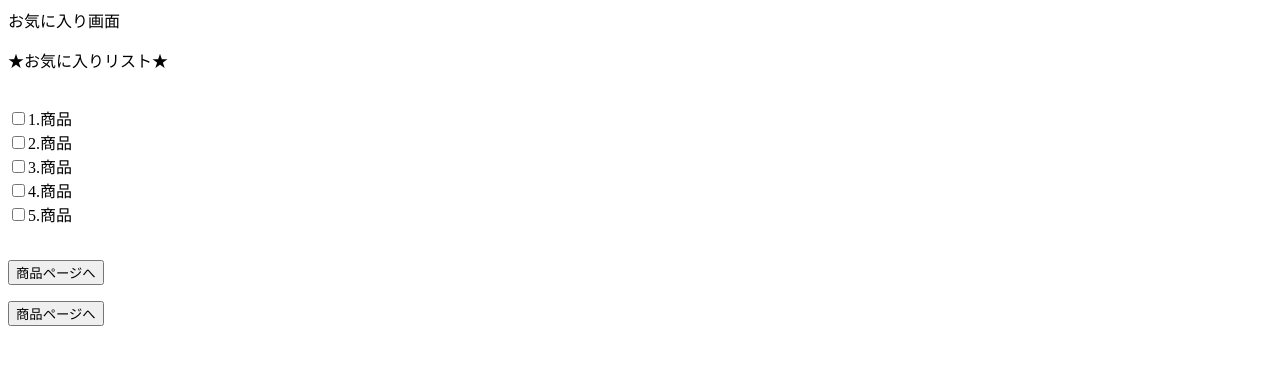
Repository: nathox/backup
Page: http://localhost/Favorite/
These files come from the project's save history. The page is drawn as it stood at one moment and after the next save; the edit follows.
The browser window is 1280 px wide. The pictures show the whole page.
The page is served by Tomcat 9.

Above is the page before, as saved 2018-02-06 01:34:42.

After the next save:
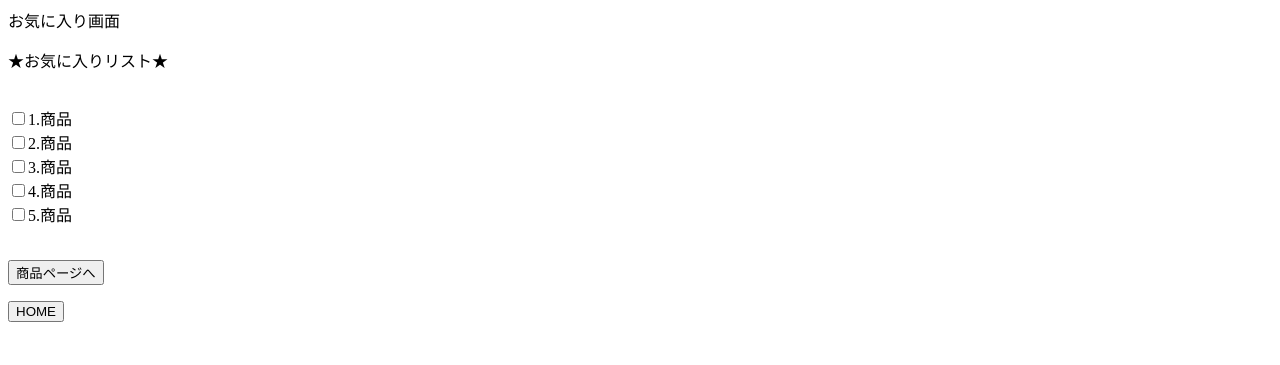
Console error (its wording comes from the project's code and is left out).
Saved 76 s later.
--- a/Favorite/WebContent/a.jsp
+++ b/Favorite/WebContent/a.jsp
@@ -64,7 +64,7 @@ break;
 </form>
 
 
-<input type="button" value="商品ページへ" onclick="obakasannemou()">
+<input type="button" value="HOME" onclick="https://www.google.co.jp/maps">
 
 
 </body>
